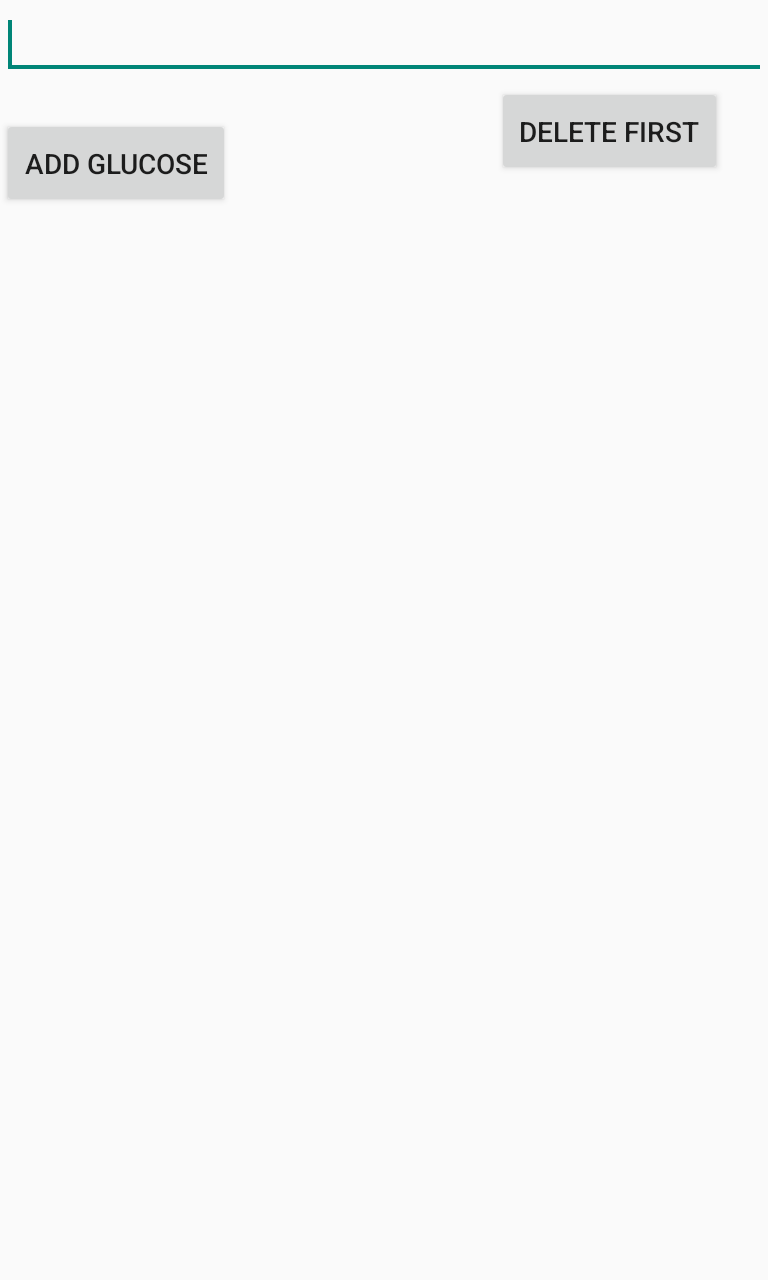
Repository: luo-yu/AndroidProjects
Layout: Untitled Folder/SQLiteGlucose/res/layout/fragment_edit_glucose.xml
An editor plug-in stored every save of this project. The layout is shown before and after the next save, followed by the edit.
It is drawn on a 768 x 1280 px phone screen (xhdpi) without system bars, with theme AppTheme; the app's code is not run. Lists and similar views that code fills are empty.

Above is the layout before, as saved 2014-05-02 12:56:03.

After the next save:
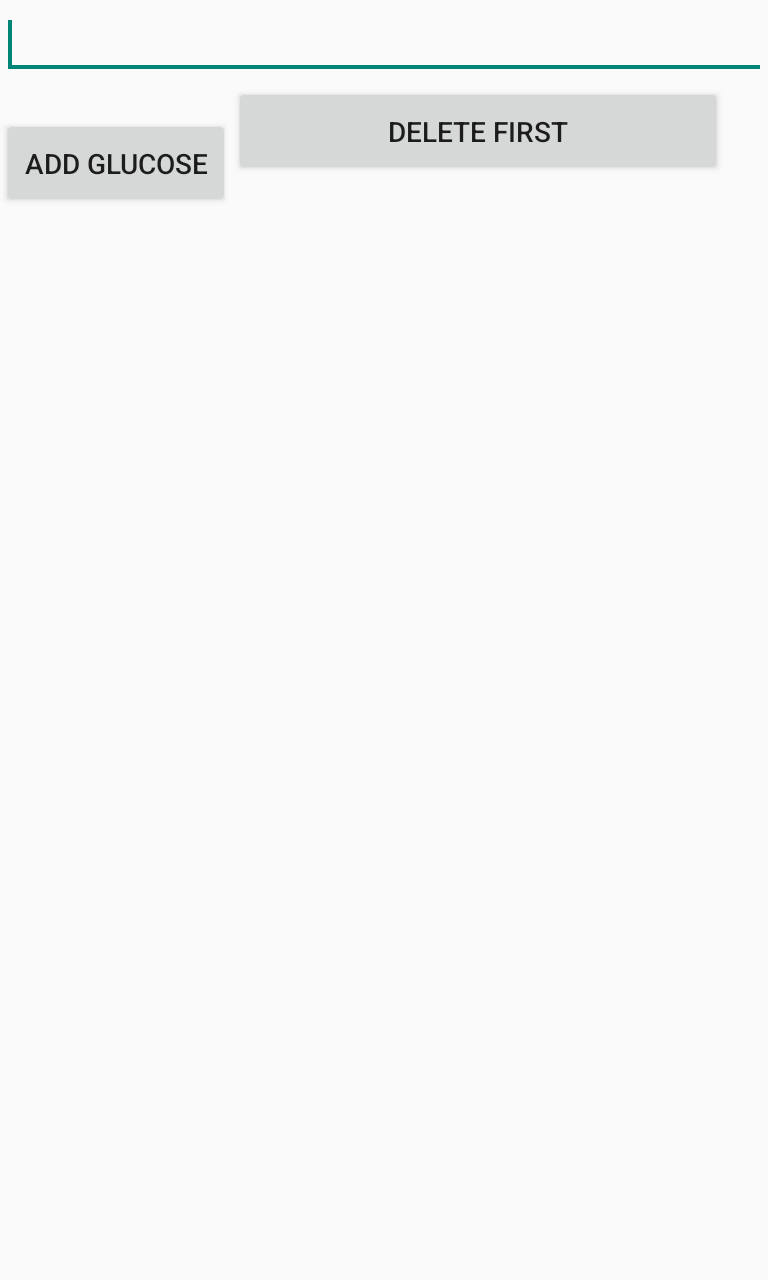
Saved 22 s later.
--- a/Untitled Folder/SQLiteGlucose/res/layout/fragment_edit_glucose.xml
+++ b/Untitled Folder/SQLiteGlucose/res/layout/fragment_edit_glucose.xml
@@ -30,6 +30,7 @@
         android:id="@+id/btn_delete_glucose"
         android:layout_width="wrap_content"
         android:layout_height="wrap_content"
+        android:layout_toRightOf="@+id/btn_add_glucose"
         android:layout_alignParentRight="true"
         android:layout_below="@+id/editText1"
         android:layout_marginRight="22dp"
